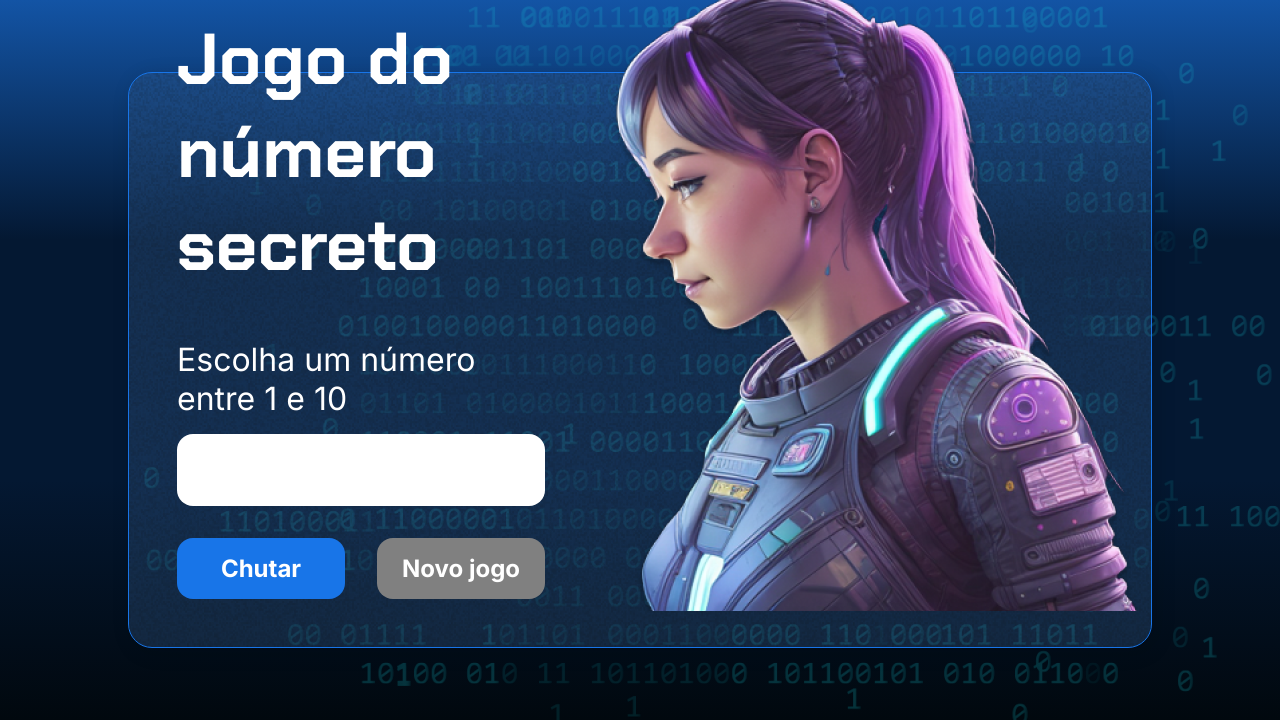
Repository: phsmottanerd/Jogo-Secreto
Page: index.html
These files come from the project's save history. The page is drawn as it stood at one moment and after the next save; the edit follows.
The browser window is 1280 px wide. The pictures show the whole page.

Above is the page before, as saved 2025-01-18 03:23:03.

### index.html
<!DOCTYPE html>
<html lang="pt-br">

<head>
    <meta charset="UTF-8">
    <meta name="viewport" content="width=device-width, initial-scale=1.0">
    <script src="https://code.responsivevoice.org/responsivevoice.js"></script>
    <link rel="preconnect" href="https://fonts.googleapis.com">
    <link rel="preconnect" href="https://fonts.gstatic.com" crossorigin>
    <link href="https://fonts.googleapis.com/css2?family=Chakra+Petch:wght@700&family=Inter:wght@400;700&display=swap"
        rel="stylesheet">
    <link rel="stylesheet" href="style.css">
    <title>JS Game</title>
</head>

<body>

    <div class="container">
        <div class="container__conteudo">
            <div class="container__informacoes">
                <div class="container__texto">
                    <h1></h1>
                    <p class="texto__paragrafo"></p>
                </div>
                <input type="number" min="1" max="10" class="container__input">
                <div class="chute container__botoes">
                    <button onclick="verificarChute()" class="container__botao">Chutar</button>
                    <button onclick="verificarChute()" id="reiniciar" class="container__botao" disabled>Novo jogo</button>
                </div>
            </div>
            <img src="./img/ia.png" alt="Uma pessoa olhando para a esquerda" class="container__imagem-pessoa" />
        </div>
    </div>




    <script src="app.js" defer></script>
</body>

</html>

### style.css
* {
    box-sizing: border-box;
    margin: 0;
    padding: 0;
    color: white;
}

body {
    background: linear-gradient(#1354A5 0%, #041832 33.33%, #041832 66.67%, #01080E 100%);
    height: 100vh;
    display: flex;
    align-items: center;
    justify-content: center;
}


body::before {
    background-image: url("img/code.png");
    background-repeat: no-repeat;
    background-position: right;
    content: "";
    display: block;
    position: absolute;
    width: 100%;
    height: 100%;
    opacity: 0.4;
}

.container {
    width: 80%;
    height: 80%;
    display: flex;
    align-items: center;
    justify-content: space-between;
    border-radius: 24px;
    border: 1px solid #1875E8;
    box-shadow: 4px 4px 20px 0px rgba(1, 8, 14, 0.15);
    background-image: url("img/Ruido.png");
    background-size: 100% 100%;
    position: relative;
}


.container__conteudo {
    display: flex;
    align-items: center;
    position: absolute;
    bottom: 0;
}

.container__informacoes {
    flex: 1;
    padding: 3rem;
}

.container__botao {
    border-radius: 16px;
    background: #1875E8;
    padding: 16px 24px;
    width: 100%;
    font-size: 24px;
    font-weight: 700;
    border: none;
    margin-top: 2rem;
}

.container__texto {
    margin: 16px 0 16px 0;
}

.container__texto-azul {
    color: #1875E8;
}

.container__input {
    width: 100%;
    height: 72px;
    border-radius: 16px;
    background-color: #FFF;
    border: none;
    color: #1875E8;
    padding: 2rem;
    font-size: 24px;
    font-weight: 700;
    font-family: 'Inter', sans-serif;
}

.container__botoes {
    display: flex;
    gap: 2em;
}

h1 {
    font-family: 'Chakra Petch', sans-serif;
    font-size: 72px;
    padding-bottom: 3rem;
}

p,
button {
    font-family: 'Inter', sans-serif;
}

.texto__paragrafo {
    font-size: 32px;
    font-weight: 400;
}

button:disabled {
    background-color: gray;
}

@media screen and (max-width: 1250px) {

    h1 {
        font-size: 50px;
    }

    .container__botao {
        font-size: 16px;
    }


    .texto__paragrafo {
        font-size: 24px;
    }

    .container__imagem-pessoa {
        display: none;
    }

    .container__conteudo {
        display: block;
        position: inherit;
    }

    .container__informacoes {
        padding: 1rem
    }
}

### app.js
let numeroSecreto = gerarNumeroAleatorio();
let tentativas = 1;

function exibirTextoNaTela(tag, texto) {
   let campo = document.querySelector(tag);
   campo.innerHTML = texto;
}

exibirTextoNaTela('h1', 'Jogo do número secreto');
exibirTextoNaTela('p', 'Escolha um número entre 1 e 10');

function verificarChute() {
   let chute = document.querySelector('input').value;
   if (chute == numeroSecreto) {
      exibirTextoNaTela('h1', 'Acertou');
      let palavraTentativas = tentativas > 1 ? 'tentativas' : 'tentativa';
      let mensagemTentativas = `Você descobriu o número secreto com ${tentativas} ${palavraTentativas}`;
      exibirTextoNaTela('p', mensagemTentativas);
   } else {
      if (chute > numeroSecreto) {
         exibirTextoNaTela('p', 'O número é menor');
      } else {
         exibirTextoNaTela('p', 'O número é maior');
      }
      tentativas++;
      limparCampo();
   }
}

function gerarNumeroAleatorio() {
   return parseInt(Math.random() * 10 + 1);
}
function limparCampo(){

  chute = document.querySelector('input');
  chute .value ='';
}

After the next save:
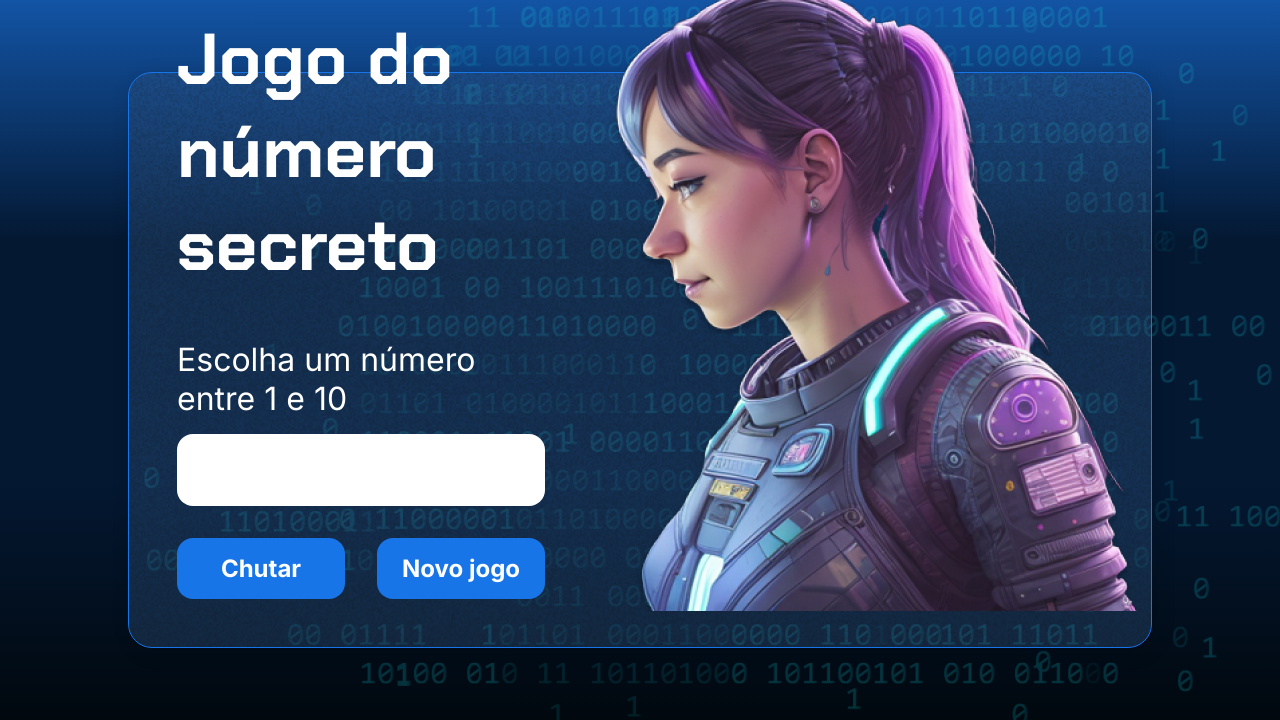
Saved 3 min 51 s later.
--- a/index.html
+++ b/index.html
@@ -25,7 +25,7 @@
                 <input type="number" min="1" max="10" class="container__input">
                 <div class="chute container__botoes">
                     <button onclick="verificarChute()" class="container__botao">Chutar</button>
-                    <button onclick="verificarChute()" id="reiniciar" class="container__botao" disabled>Novo jogo</button>
+                    <button onclick="verificarChute()" id="reiniciar" class="container__botao"  >Novo jogo</button>
                 </div>
             </div>
             <img src="./img/ia.png" alt="Uma pessoa olhando para a esquerda" class="container__imagem-pessoa" />
